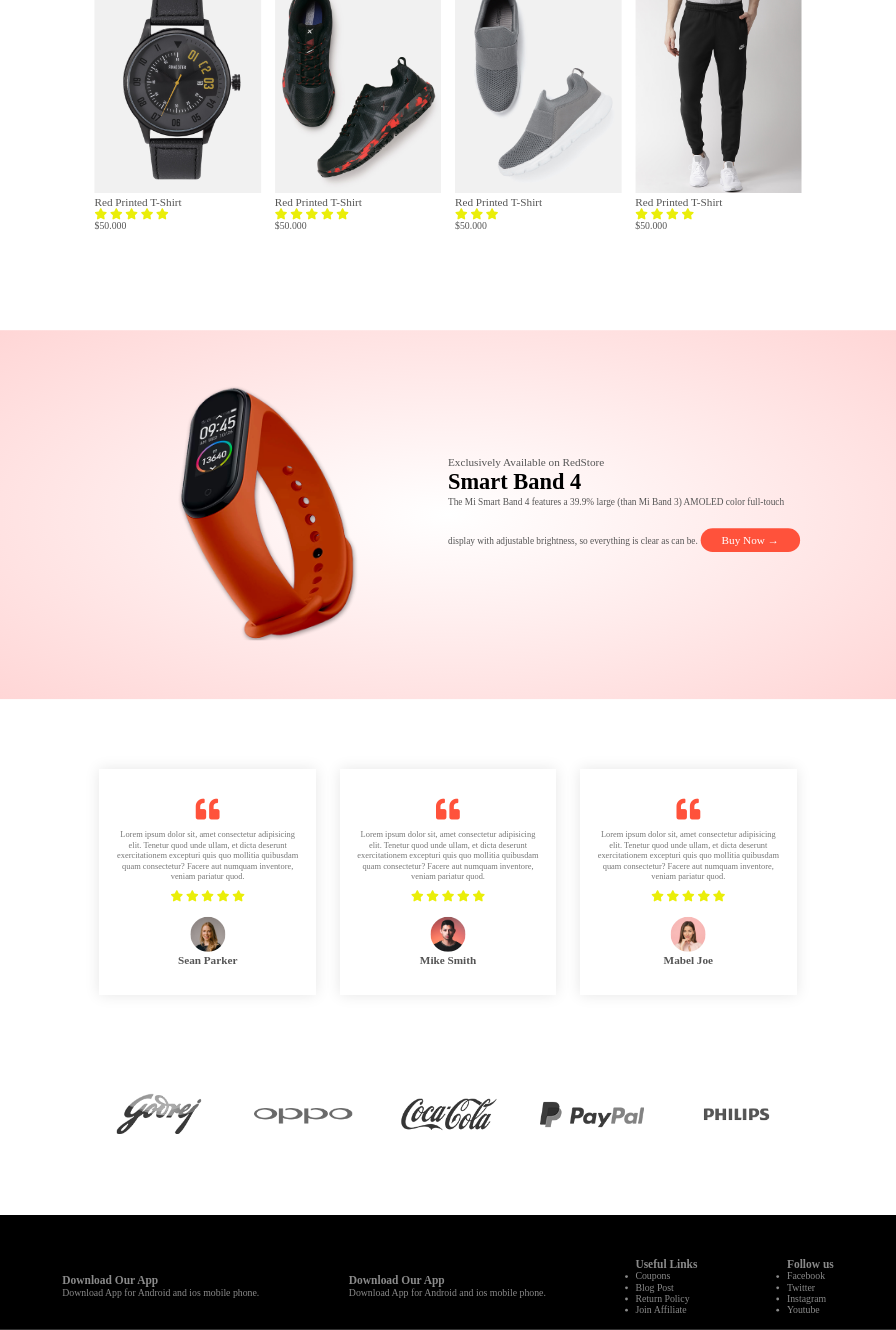
Repository: tuan21052000/Frontend
Page: index.html
An editor plug-in stored every save of this project. The page is shown before and after the next save, followed by the edit.
The browser window is 1280 px wide. The pictures show the part of the page from y = 2514 to 4434 px (the page is 4414 px tall before and 4434 px after), at 70% of full size.

Above is the page before, as saved 2022-05-09 21:35:35.

After the next save:
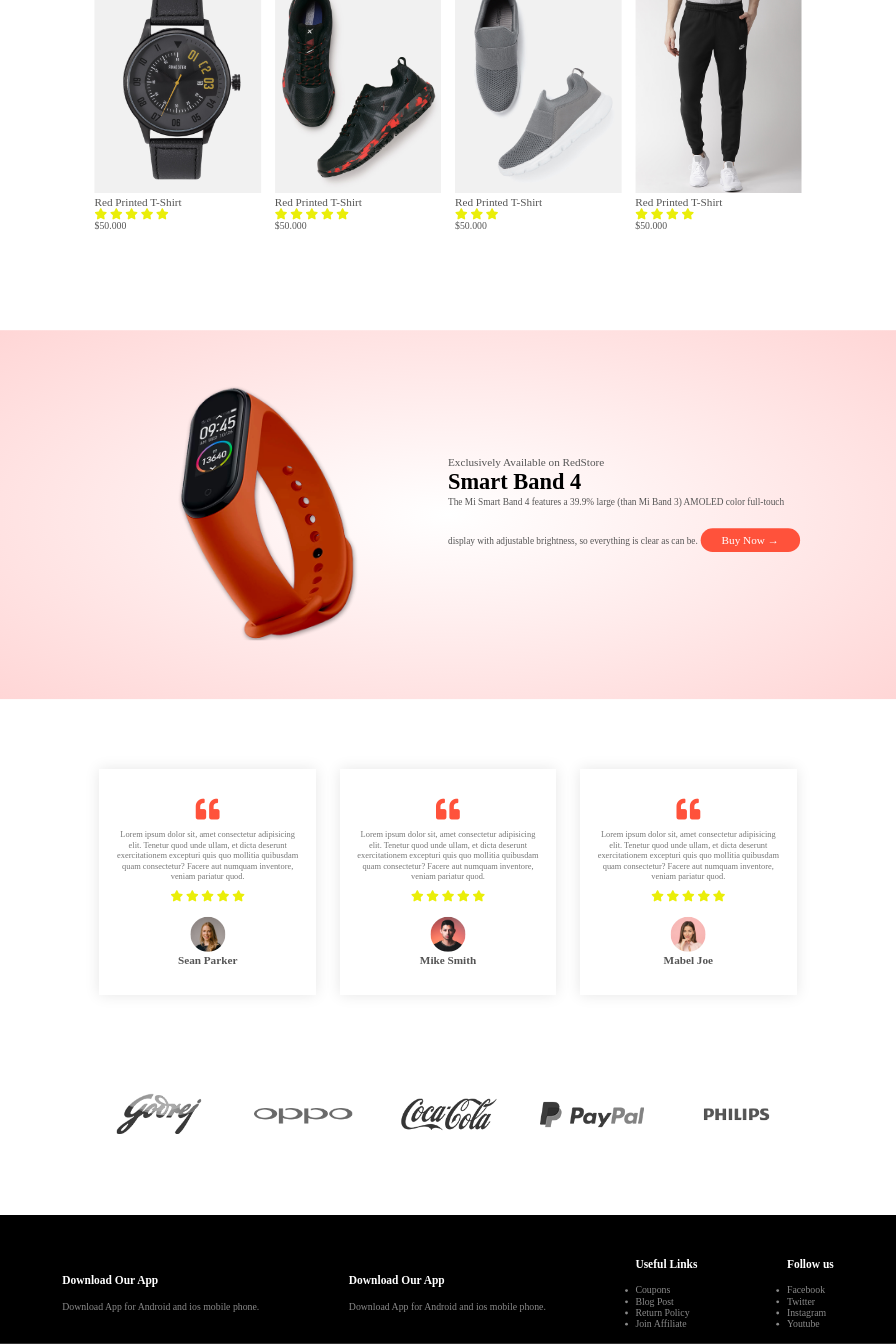
Saved 31 s later.
--- a/style.css
+++ b/style.css
@@ -194,3 +194,7 @@
 .footer p{
   color: #8a8a8a;
 }
+.footer h3{
+    color: #fff;
+    margin-bottom: 20px;
+}
